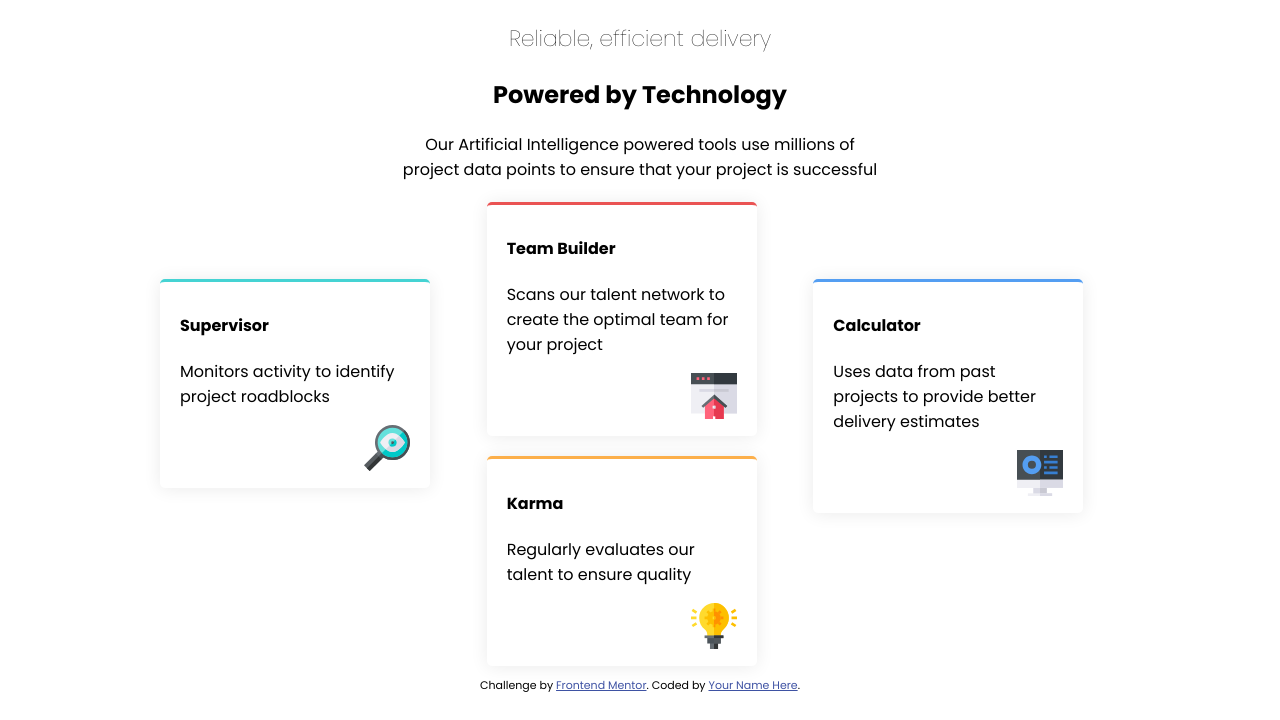
Repository: BuduCE/four-card-feature-section-master
Page: index.html
An editor plug-in stored every save of this project. The page is shown before and after the next save, followed by the edit.
The browser window is 1280 px wide. The pictures show the whole page.

Above is the page before, as saved 2023-06-01 22:47:32.

### index.html
<!DOCTYPE html>
<html lang="en">
<head>
  <meta charset="UTF-8">
  <meta name="viewport" content="width=device-width, initial-scale=1.0"> <!-- displays site properly based on user's device -->

  <link rel="icon" type="image/png" sizes="32x32" href="./images/favicon-32x32.png">

  <title>Frontend Mentor | Four card feature section</title>

  <link rel="stylesheet" href="styles.css">
  <!-- Gogle font family -->
  <link rel="preconnect" href="https://fonts.googleapis.com">
  <link rel="preconnect" href="https://fonts.gstatic.com" crossorigin>
  <link
    href="https://fonts.googleapis.com/css2?family=Montserrat:ital,wght@0,200;0,300;0,400;0,500;0,600;0,700;0,800;0,900;1,200;1,300;1,400;1,500;1,600;1,700;1,800;1,900&family=Poppins:wght@100;200;300;400;500;700;900&display=swap"
    rel="stylesheet">
</head>
<body>
  <h3 class="light">Reliable, efficient delivery</h3>
  <h2>Powered by Technology</h2>

  <p class="header_detail">Our Artificial Intelligence powered tools use millions of project data points
  to ensure that your project is successful</p>

  <div class="product_card">
    <div class="card_containers">
      <div class="card specialX a">
        <h4>Supervisor</h4>
        <p>Monitors activity to identify project roadblocks</p>
        <img src="./images/icon-supervisor.svg" alt="">
      </div>
    </div>

    <div class="card_containers special">
      <div class="card b">
        <h4>Team Builder</h4>
        <p>Scans our talent network to create the optimal team for your project</p>
        <img src="./images/icon-team-builder.svg" alt="">
      </div>

      <div class="card c">
        <h4>Karma</h4>
        <p>Regularly evaluates our talent to ensure quality</p>
        <img src="./images/icon-karma.svg" alt="">
      </div>
    </div>

    <div class="card_containers">
      <div class="card specialX d">
        <h4>Calculator</h4>
        <p>Uses data from past projects to provide better delivery estimates</p>
        <img src="./images/icon-calculator.svg" alt="">
      </div>
    </div>
  </div>

  <footer>
    <p class="attribution">
      Challenge by <a href="https://www.frontendmentor.io?ref=challenge" target="_blank">Frontend Mentor</a>.
      Coded by <a href="#">Your Name Here</a>.
    </p>
  </footer>
</body>
</html>

### styles.css
.attribution {
    font-size: 11px;
    text-align: center;
}

.attribution a {
    color: hsl(228, 45%, 44%);
}

body {
    font-family: 'Poppins', sans-serif;
    text-align: center;
    width: 75%;
    margin: auto;
}
.light{
    font-size: 22px;
    font-weight: lighter;
}
.header_detail{
    width: 50%;
    margin: auto;
}
.product_card{
    display: grid;
    grid-template-columns: 1fr 1fr 1fr;
    /* display: flex;
    align-items: center; */
    gap: 20px;
    width: 100%;
    margin: auto;
    margin-top: 20px;
}
.card{
    padding: 10px 20px;
    width: 75%;
    text-align: left;
    -webkit-box-shadow: 0px 1px 18px 0px rgba(235, 235, 235, 1);
        -moz-box-shadow: 0px 1px 18px 0px rgba(235, 235, 235, 1);
        box-shadow: 0px 1px 18px 0px rgba(235, 235, 235, 1);
        border-radius: 5px;
}
.specialX{
    margin-top: 25%;
}
.special{
    display: flex;
    flex-direction: column;
    gap: 20px;
}
.a{
    border-top: 3px solid hsl(180, 62%, 55%);
}
.b{
    border-top: 3px solid hsl(0, 78%, 62%);
}
.c{
    border-top: 3px solid hsl(34, 97%, 64%);
}
.d{
    border-top: 3px solid hsl(212, 86%, 64%);
}
.card img{
    width: 20%;
    margin-left: 80%;
}

### images/icon-supervisor.svg
<svg xmlns="http://www.w3.org/2000/svg" width="64" height="64"><g fill="none"><path fill="#676E74" d="M56.842 7.158c-9.526-9.563-24.902-9.525-34.428 0-8.025 8.026-9.45 20.44-3.525 30.003l-2.513 2.55-1.356 6.144 4.214 4.214 5.093-2.408 2.512-2.55a24.254 24.254 0 0030.003-3.525c9.563-9.526 9.525-24.902 0-34.428z"/><path fill="#474F54" d="M24.327 47.661l2.512-2.55a24.254 24.254 0 0030.003-3.525c9.563-9.526 9.525-24.902 0-34.428l-40.26 40.26 2.652 2.651 5.093-2.408z"/><path fill="#64E1DC" d="M54.213 9.787a20.56 20.56 0 00-14.585-6.041C28.236 3.746 19 12.98 19 24.372a20.564 20.564 0 006.041 14.586 20.564 20.564 0 0014.586 6.04c11.392 0 20.626-9.234 20.626-20.626a20.56 20.56 0 00-6.041-14.585z"/><path fill="#00C8C8" d="M60.254 24.372a20.56 20.56 0 00-6.041-14.585l-29.17 29.17A20.564 20.564 0 0039.627 45c11.392 0 20.626-9.235 20.626-20.627z"/><path fill="#EFEFF4" d="M56.239 23.41c-.184-.307-2.98-4.914-7.281-8.368-2.63-2.113-5.822-3.796-9.33-3.796-9.242 0-16.314 11.669-16.61 12.165l-.576.961.575.961c.184.309 2.98 4.916 7.28 8.37 2.631 2.112 5.823 3.795 9.33 3.795 9.243 0 16.315-11.668 16.612-12.165l.574-.96-.574-.962z"/><path fill="#DADAE5" d="M56.239 25.333l.574-.96-.574-.962c-.184-.308-2.98-4.915-7.281-8.369l-18.66 18.66c2.63 2.113 5.822 3.796 9.33 3.796 9.242 0 16.314-11.668 16.61-12.165z"/><path fill="#64E1DC" d="M43.604 20.396a5.607 5.607 0 00-3.976-1.65 5.632 5.632 0 00-5.626 5.626c0 1.551.631 2.958 1.65 3.976a5.609 5.609 0 003.976 1.65 5.632 5.632 0 005.625-5.626c0-1.55-.63-2.957-1.649-3.976z"/><path fill="#00C8C8" d="M45.253 24.372c0-1.55-.63-2.957-1.649-3.976l-7.952 7.952a5.608 5.608 0 003.976 1.65 5.632 5.632 0 005.625-5.626z"/><path fill="#676E74" d="M40.954 23.046a1.876 1.876 0 10-1.326 3.2 1.876 1.876 0 001.326-3.2z"/><path fill="#474F54" d="M41.503 24.372c0-.517-.21-.986-.55-1.326l-2.65 2.652a1.876 1.876 0 003.2-1.326z"/><path fill="#575C60" d="M20.333 43.667l-3.957-3.957L0 56.049l3.975 3.976L7.951 64l16.376-16.339z"/><path fill="#333637" d="M24.327 47.661l-3.994-3.994L3.975 60.025 7.951 64z"/></g></svg>

After the next save:
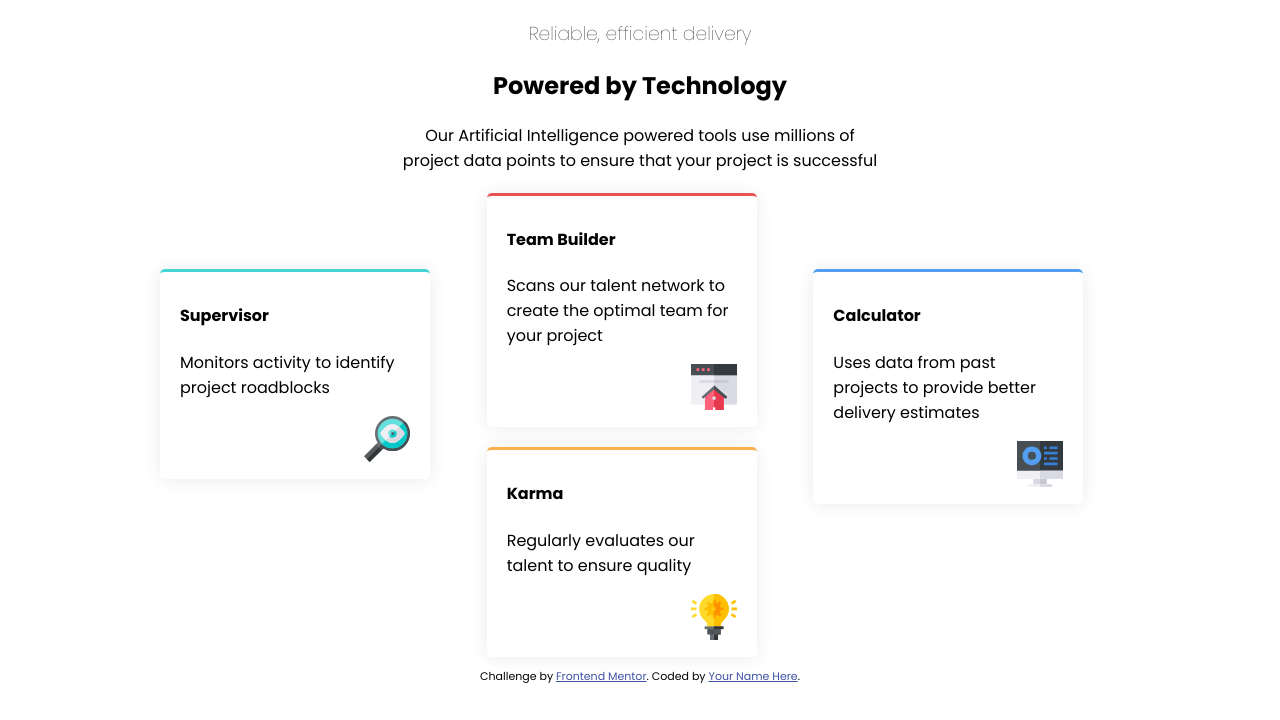
Saved 2 s later.
--- a/styles.css
+++ b/styles.css
@@ -14,7 +14,7 @@ body {
     margin: auto;
 }
 .light{
-    font-size: 22px;
+    /* font-size: 22px; */
     font-weight: lighter;
 }
 .header_detail{
